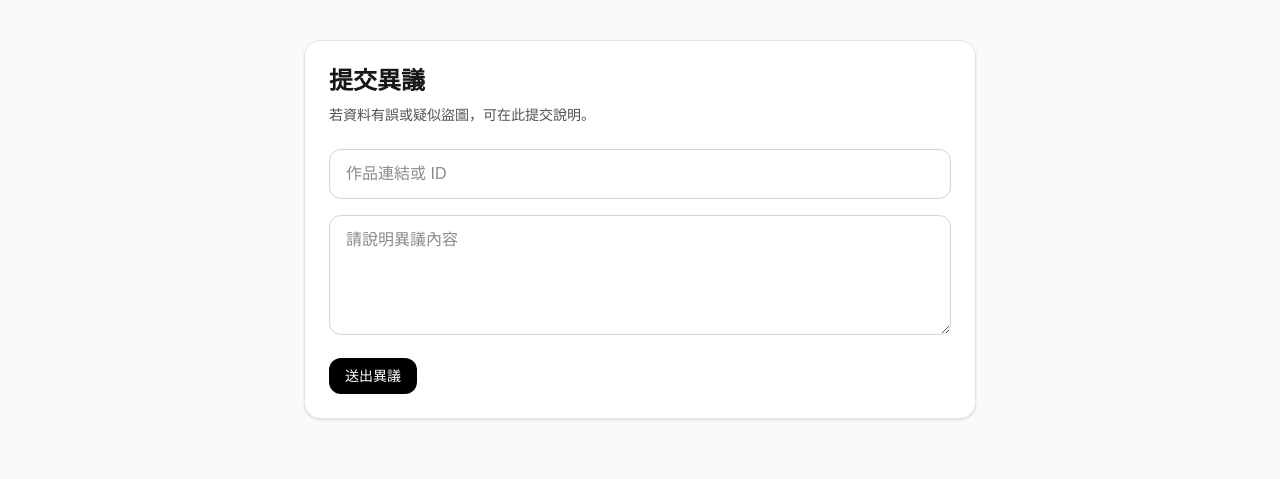
Repository: tzuhan2575/cheering-source-site
Page: /item/report
An editor plug-in stored every save of this project. The page is shown before and after the next save, followed by the edit.
The browser window is 1280 px wide. The pictures show the whole page.
The project was rebuilt for these pictures with package versions that can differ from the ones it lists, and the page was loaded fresh each time. The framework's server and built-in components were replaced by stand-ins that run in the browser. Also part of the build but not shown: next.config.ts.

Above is the page before, as saved 2026-03-13 20:33:20.

After the next save:
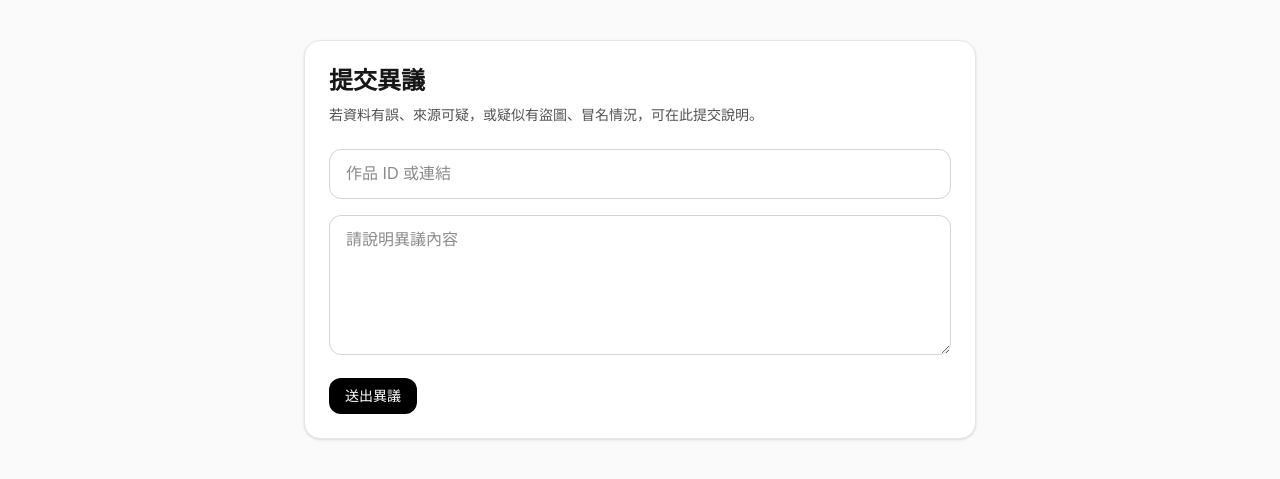
Saved 18 s later.
--- a/app/item/report/page.tsx
+++ b/app/item/report/page.tsx
@@ -4,18 +4,18 @@ export default function ReportPage() {
       <div className="mx-auto max-w-2xl rounded-2xl border border-neutral-200 bg-white p-6 shadow-sm">
         <h1 className="text-2xl font-bold text-neutral-900">提交異議</h1>
         <p className="mt-2 text-sm text-neutral-600">
-          若資料有誤或疑似盜圖，可在此提交說明。
+          若資料有誤、來源可疑，或疑似有盜圖、冒名情況，可在此提交說明。
         </p>
 
         <div className="mt-6 space-y-4">
           <input
             type="text"
-            placeholder="作品連結或 ID"
+            placeholder="作品 ID 或連結"
             className="w-full rounded-xl border border-neutral-300 px-4 py-3"
           />
           <textarea
             placeholder="請說明異議內容"
-            className="min-h-[120px] w-full rounded-xl border border-neutral-300 px-4 py-3"
+            className="min-h-[140px] w-full rounded-xl border border-neutral-300 px-4 py-3"
           />
           <button className="rounded-xl bg-black px-4 py-2 text-sm text-white">
             送出異議
